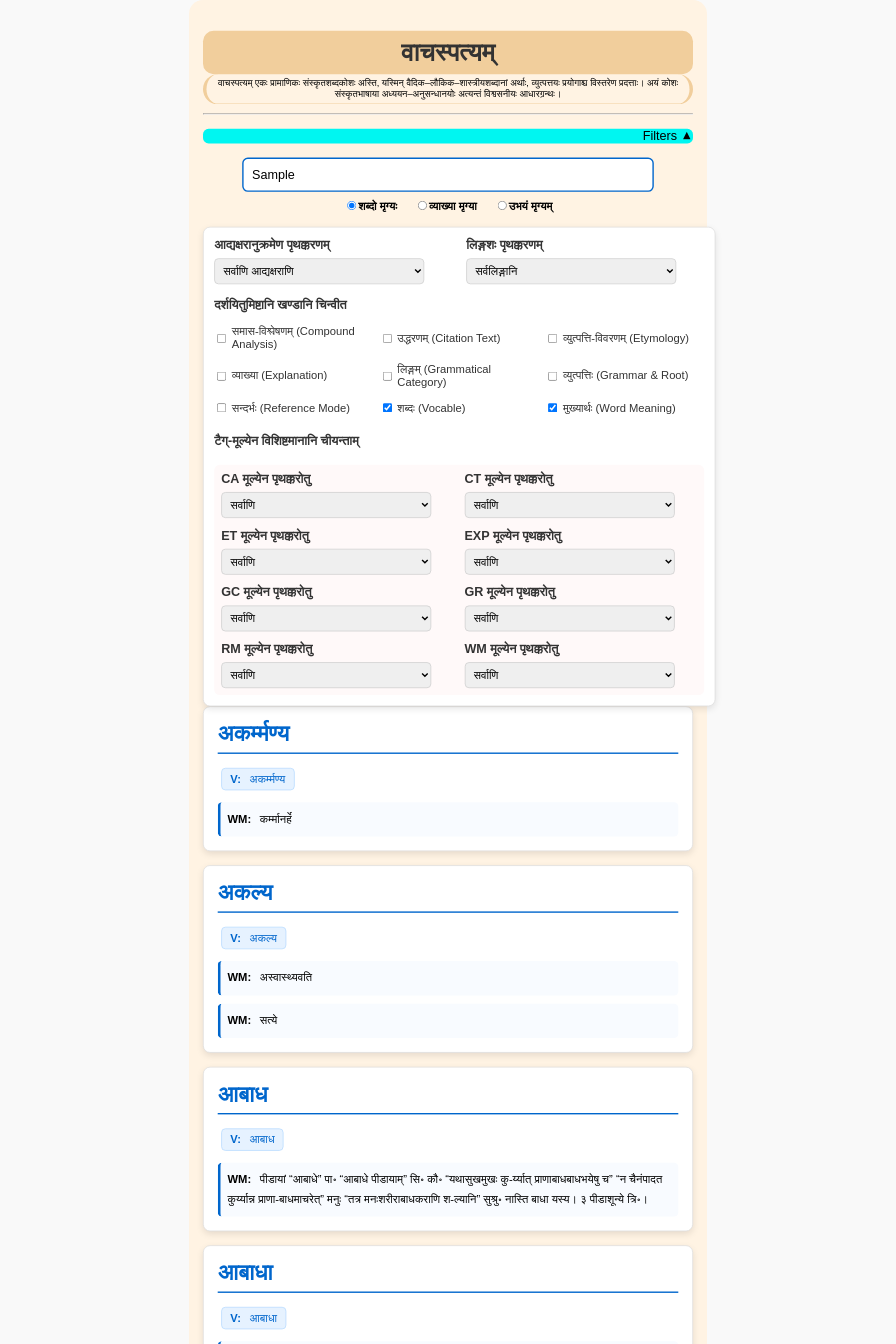
Repository: sanskritsphere/vachaspatyam-demo
Page: index.html
These files come from the project's save history. The page is drawn as it stood at one moment and after the next save; the edit follows.
The browser window is 1280 px wide. The pictures show the part of the page from y = 0 to 1920 px (the page is 4055 px tall), at 70% of full size.
Empty fields were first filled with sample values (such as "Sample", 5 or name@example.com).
After loading, the first visible `#toggleFilters` was clicked once.

Above is the page before, as saved 2025-12-14 16:01:36.

After the next save:
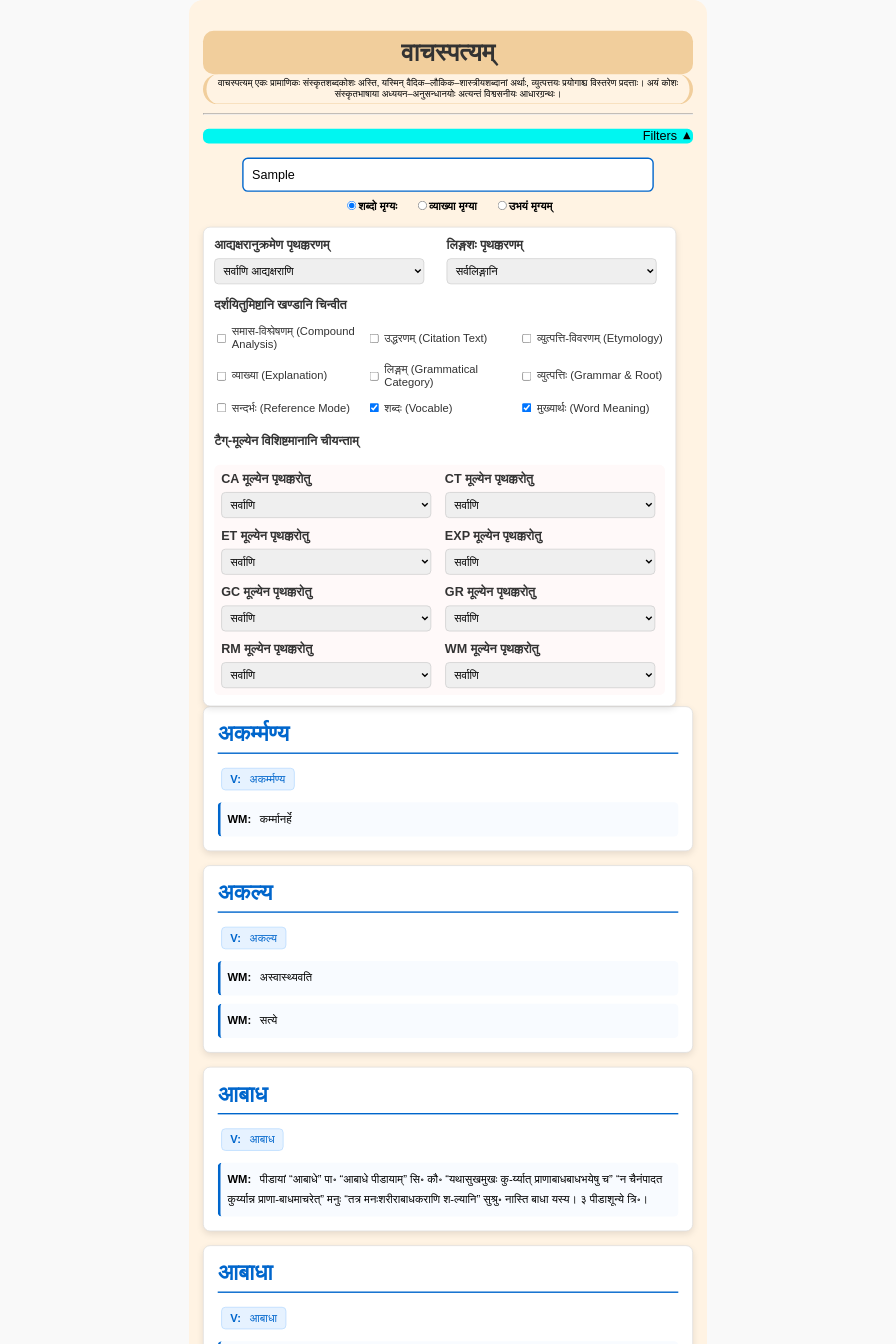
Saved 25 s later.
--- a/style.css
+++ b/style.css
@@ -107,7 +107,7 @@
     position: relative;
     max-height: 2000px; /* content से ज़्यादा रखो */
     opacity: 1;
-    width: 100%;
+    width: 92%;
 }
 
         .filter-group {
